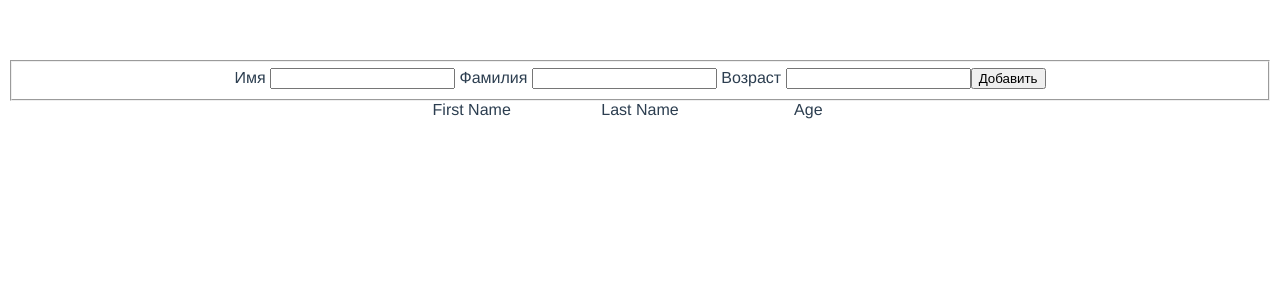
Repository: shum89/test-vue-table
Page: /
The author's editor kept a copy of each file at every save. The page is drawn from the files as they stood at one save, then again after the next save.
The browser window is 1280 px wide. The pictures show the whole page.
The project was rebuilt for these pictures with package versions that can differ from the ones it lists, and the page was loaded fresh each time. Also part of the build but not shown: vue.config.js.

Above is the page before, as saved 2021-07-17 21:47:04.

After the next save:
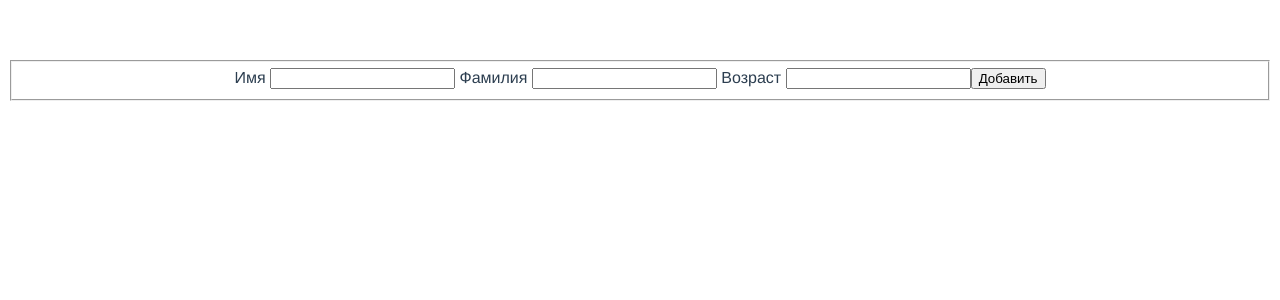
Saved 43 s later.
--- a/src/components/Table.vue
+++ b/src/components/Table.vue
@@ -1,5 +1,5 @@
 <template>
-  <div v-if="list" class="table" role="grid" aria-colcount="3">
+  <div v-if="list.length > 0" class="table" role="grid" aria-colcount="3">
     <div class="table__row-group" role="rowgroup">
       <div class="table__row" role="row">
         <span role="columnheader" aria-colindex="1">First Name</span>
